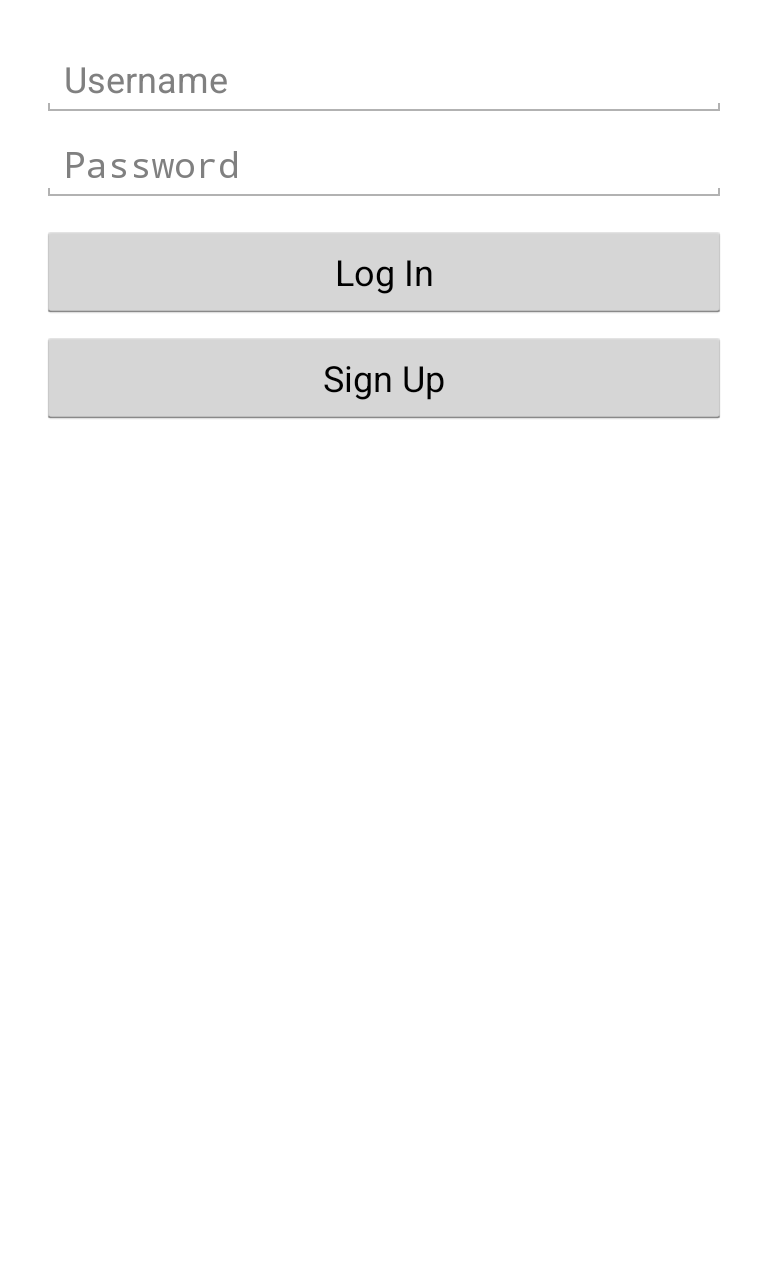
Repository: efreestone/CPM_Freestone
Layout: Project1Android/res/layout/activity_login.xml
An editor plug-in stored every save of this project. The layout is shown before and after the next save, followed by the edit.
It is drawn on a 768 x 1280 px phone screen (xhdpi) without system bars, with theme AppTheme; the app's code is not run.

Above is the layout before, as saved 2014-10-02 01:06:34.

After the next save:
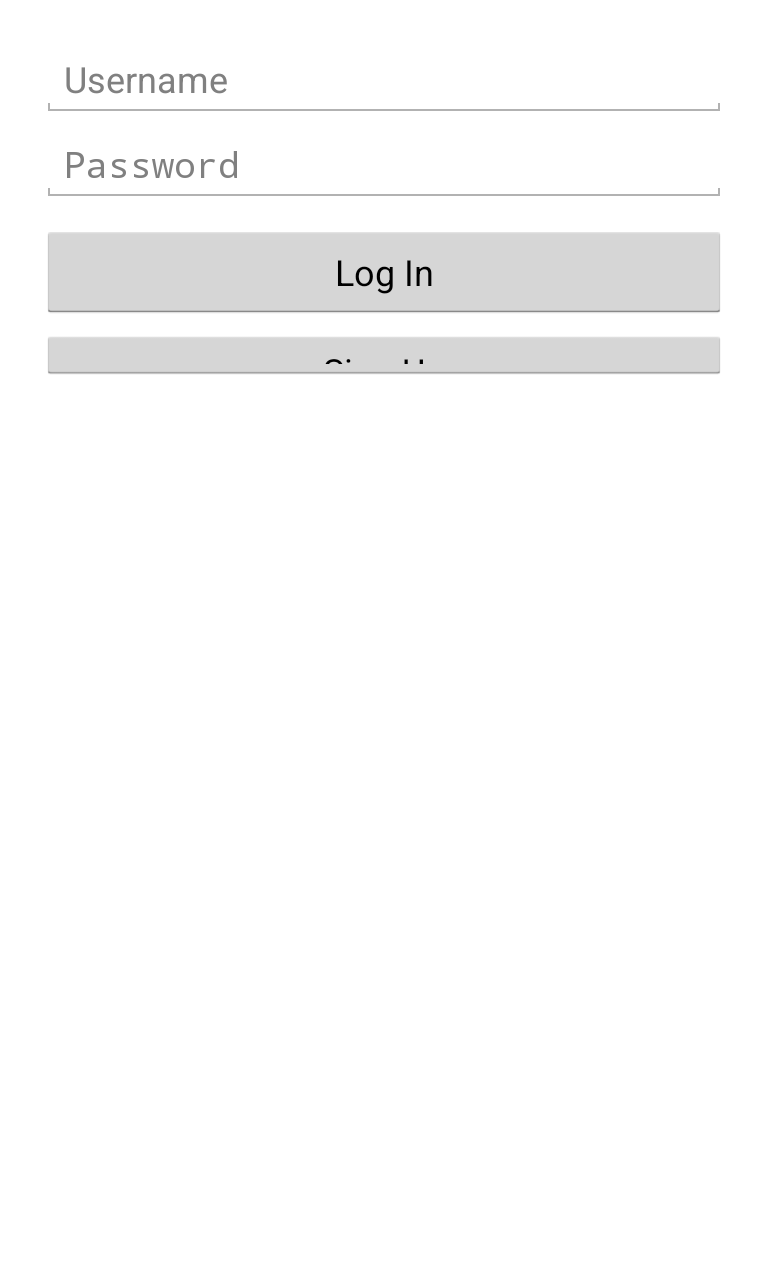
Saved 21 s later.
--- a/Project1Android/res/layout/activity_login.xml
+++ b/Project1Android/res/layout/activity_login.xml
@@ -31,7 +31,7 @@
     <Button
         android:id="@+id/signupButton"
         android:layout_width="fill_parent"
-        android:layout_height="wrap_content"
+        android:layout_height="25dp"
         android:layout_below="@id/loginButton"
         android:layout_marginTop="5dp"
         android:text="@string/signupButtonText" />
